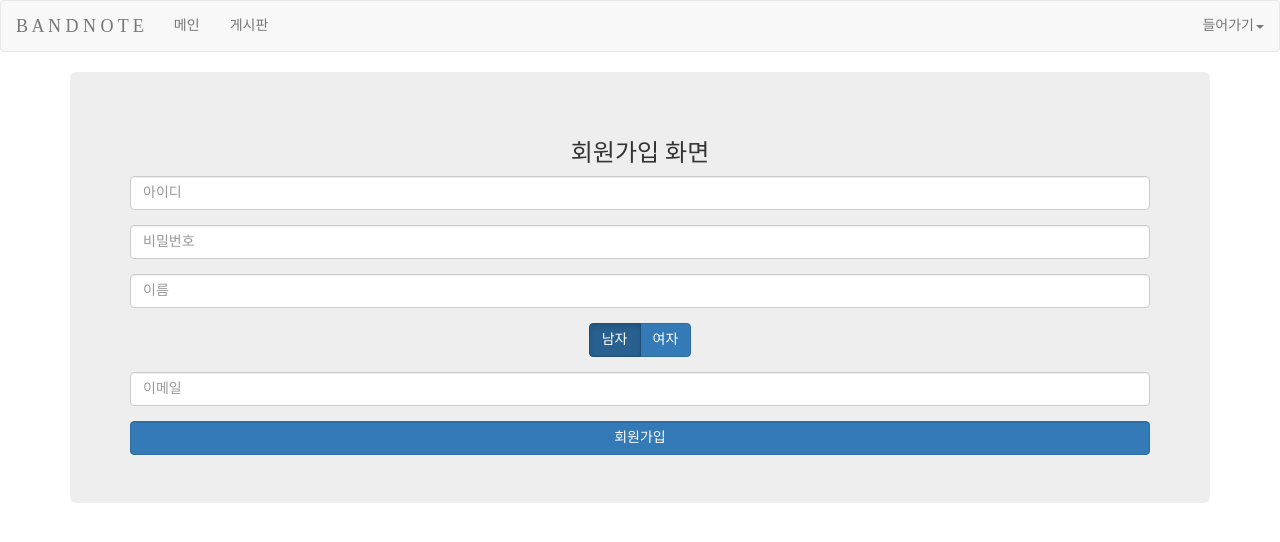
Repository: SweetFriedPotato/BandNote
Page: http://localhost/BBS/join.jsp
These files come from the project's save history. The page is drawn as it stood at one moment and after the next save; the edit follows.
The browser window is 1280 px wide. The pictures show the whole page.
Some web fonts or font styles are not loaded; a fallback is used. Some web libraries are served in a nearby version. The page is served by Tomcat 9. Other server files are loaded and not shown.

Above is the page before, as saved 2024-03-01 06:27:17.

### BBS/src/main/webapp/join.jsp
<%@ page language="java" contentType="text/html; charset=UTF-8"
    pageEncoding="UTF-8"%>
<!DOCTYPE html>
<html>
<head>
<meta http-equiv="Content-Type" content="text/html; charset=UTF-8">
<meta name="viewport" content="width-device-width", initial-scale="1">
<link rel="stylesheet" href="css/bootstrap.min.css">
<link rel="stylesheet" href="css/custom.css">
<title>회원가입</title>
</head>
<body>

<nav class="navbar navbar-default">
        <div class="navbar-header">
             <button type="button" class="navbar-toggle collapsed"
             data-toggle="collapse" data-target="#bs-example-navbar-collapse-1"
             aria-expanded="false">
             <span class="icon-bar"></span>
             <span class="icon-bar"></span>
             <span class="icon-bar"></span>
             </button>
             <a class="navbar-brand" href="main.jsp">B A N D N O T E</a>
        </div>

                <div class="collapse navbar-collapse" id="bs-example-navbar-collapse-1">
                	<ul class="nav navbar-nav">
                		<li> <a href="main.jsp">메인</a></li>
                	    <li> <a href="bbs.jsp">게시판</a></li>

                	</ul>
                	<ul class="nav navbar-nav navbar-right">
				<li class="dropdown">
					<a href="#" class="dropdown-toggle"
						data-toggle="dropdown" role="button" aria-haspopup="true"
						aria-expanded="false">들어가기<span class="caret"></span></a>
					<ul class="dropdown-menu">
						<li><a href="login.jsp">로그인</a></li>
						<li class="active"><a href="join.jsp">회원가입</a></li>
					</ul>
				</li>
			</ul>
	    </div>
     </nav>
   <div class="container">
   	<div class="col-lg-4"></div>
    <div class ="col-lg-4"></div>
    	<div class= "jumbotron" style="padding-top:" 20px;">
    		<form method="post" action="joinAction.jsp">
    			<h3 style="text-align: center;"> 회원가입 화면 </h3>
    			<div class = "form-group">
     			  <input type="text" class="form-control" placeholder="아이디" name="userID" maxlength="20">
    			</div>
 				<div class = "form-group">
     			  <input type="password" class="form-control" placeholder="비밀번호" name="userPassword" maxlength="20">
    			</div>
    			<div class = "form-group">
     			  <input type="text" class="form-control" placeholder="이름" name="userName" maxlength="20">
    			</div>
    			<div class = "form-group" style="text-align: center;">
    				<div class="btn-group" data-toggle="buttons">
	    				<label class="btn btn-primary active">
	    					<input type="radio" name="userGender" autocomplete="off" value="남자" checked>남자
	    				</label>
	    				<label class="btn btn-primary">
	    					<input type="radio" name="userGender" autocomplete="off" value="여자" checked>여자
	    				</label>
    				</div>
    			</div>
    			<div class = "form-group">
     			  <input type="email" class="form-control" placeholder="이메일" name="userEmail" maxlength="20">
    			</div>
    				<input type="submit" class="btn btn-primary form-control" value="회원가입">

    		</form>
    	</div>
    <div class="col-lg-4"></div>
   </div>

   <script src="https://code.jquery.com/jquery-3.1.1.min.js"></script>
   <script src="js/bootstrap.js"></script>

</body>
</html>

### BBS/src/main/webapp/css/custom.css
@import url(http://fonts.googleapis.com/earlyaccess/hanna.css);
@import url(http://fonts.googleapis.com/earlyaccess/nanumgothic.css);


*{
	font-family: 'Nanum Gothic';
}

h1{
	font-family:'Hanna';
}

Loaded but not shown: BBS/src/main/webapp/css/bootstrap.min.css (library); BBS/src/main/webapp/js/bootstrap.js (library)

After the next save:
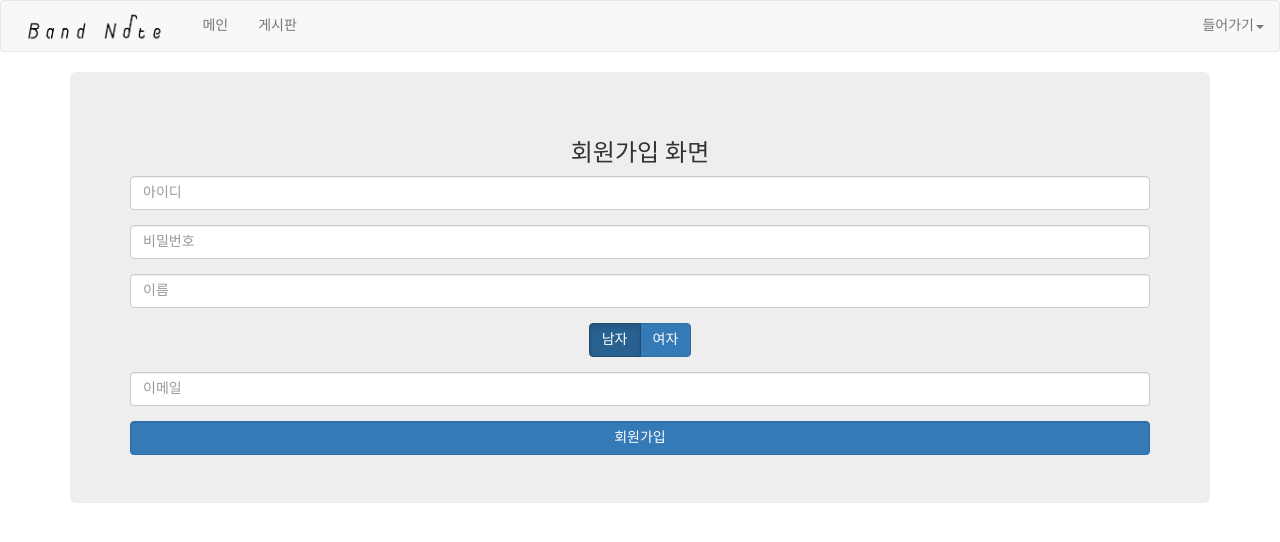
Saved 73 s later.
--- a/BBS/src/main/webapp/join.jsp
+++ b/BBS/src/main/webapp/join.jsp
@@ -20,7 +20,9 @@
              <span class="icon-bar"></span>
              <span class="icon-bar"></span>
              </button>
-             <a class="navbar-brand" href="main.jsp">B A N D N O T E</a>
+             <a class="navbar-brand" href="main.jsp" style="height: 40px; margin-top: -5px;">
+    			<img src="images/logo1.png" alt="BANDNOTE Logo" style="width: auto; height: 35px">
+			</a>
         </div>
 
                 <div class="collapse navbar-collapse" id="bs-example-navbar-collapse-1">
